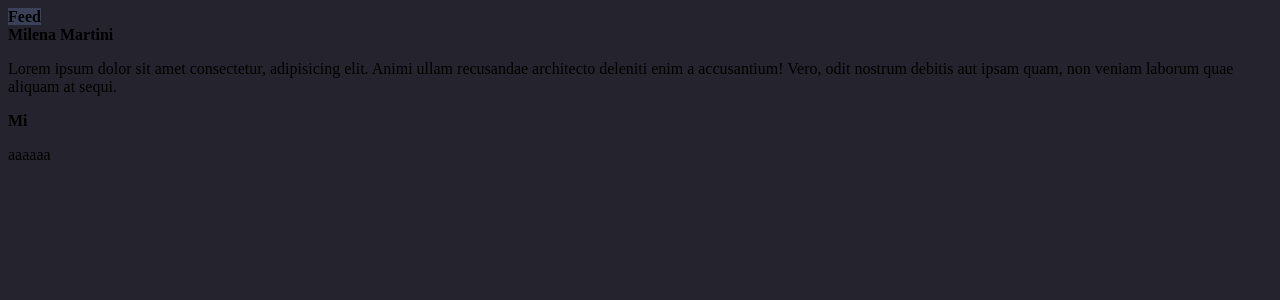
Repository: MilenaMartini/IgniteRckReactJs
Page: /
The author's editor kept a copy of each file at every save. The page is drawn from the files as they stood at one save, then again after a run of saves.
The browser window is 1280 px wide. The pictures show the whole page.
The project was rebuilt for these pictures with package versions that can differ from the ones it lists, and the page was loaded fresh each time. Also part of the build but not shown: vite.config.js.

Above is the page before, as saved 2023-04-14 13:41:42.

### src/App.jsx
import { Post } from "./Post"
import {Header} from "./components/Header"
import "./styles.css"

function App() {

  return (
    <div>
    <Header  />

   <Post
   author="Milena Martini"
   content="Lorem ipsum dolor sit amet consectetur, adipisicing elit. Animi ullam recusandae architecto deleniti enim a accusantium! Vero, odit nostrum debitis aut ipsam quam, non veniam laborum quae aliquam at sequi."
   />

   <Post
      author="Mi"
      content="aaaaaa"
    />
   </div>
  )
}
export default App

### src/Post.jsx
export function Post(props) {
  return (
  <div>
    <strong>{props.author}</strong>
    <p>{props.content}</p>
  </div>
    )
}

### src/components/Header.jsx
import React from "react";
import Style from './Header.module.css';

export function Header() {
  return(
  <header>
    <strong className={Style.header}>Feed</strong>
  </header>

  );
}

### src/styles.css
body{
  background-color: #25242e;
}

### src/components/Header.module.css
.header{
    background-color: #3a4158;
    height: 8px;
}

Loaded but not shown: index.html (common file); src/main.jsx (common file)

After the next 2 saves:
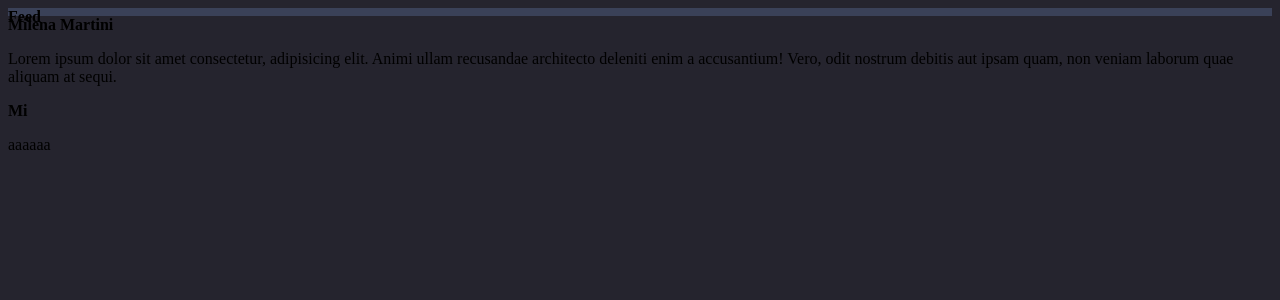
The 2 saves are shown as one change because they came seconds apart.
The last was saved 22 s later.
--- a/src/components/Header.jsx
+++ b/src/components/Header.jsx
@@ -3,8 +3,8 @@ import Style from './Header.module.css';
 
 export function Header() {
   return(
-  <header>
-    <strong className={Style.header}>Feed</strong>
+  <header className={Style.header}>
+    <strong >Feed</strong>
   </header>
 
   );
